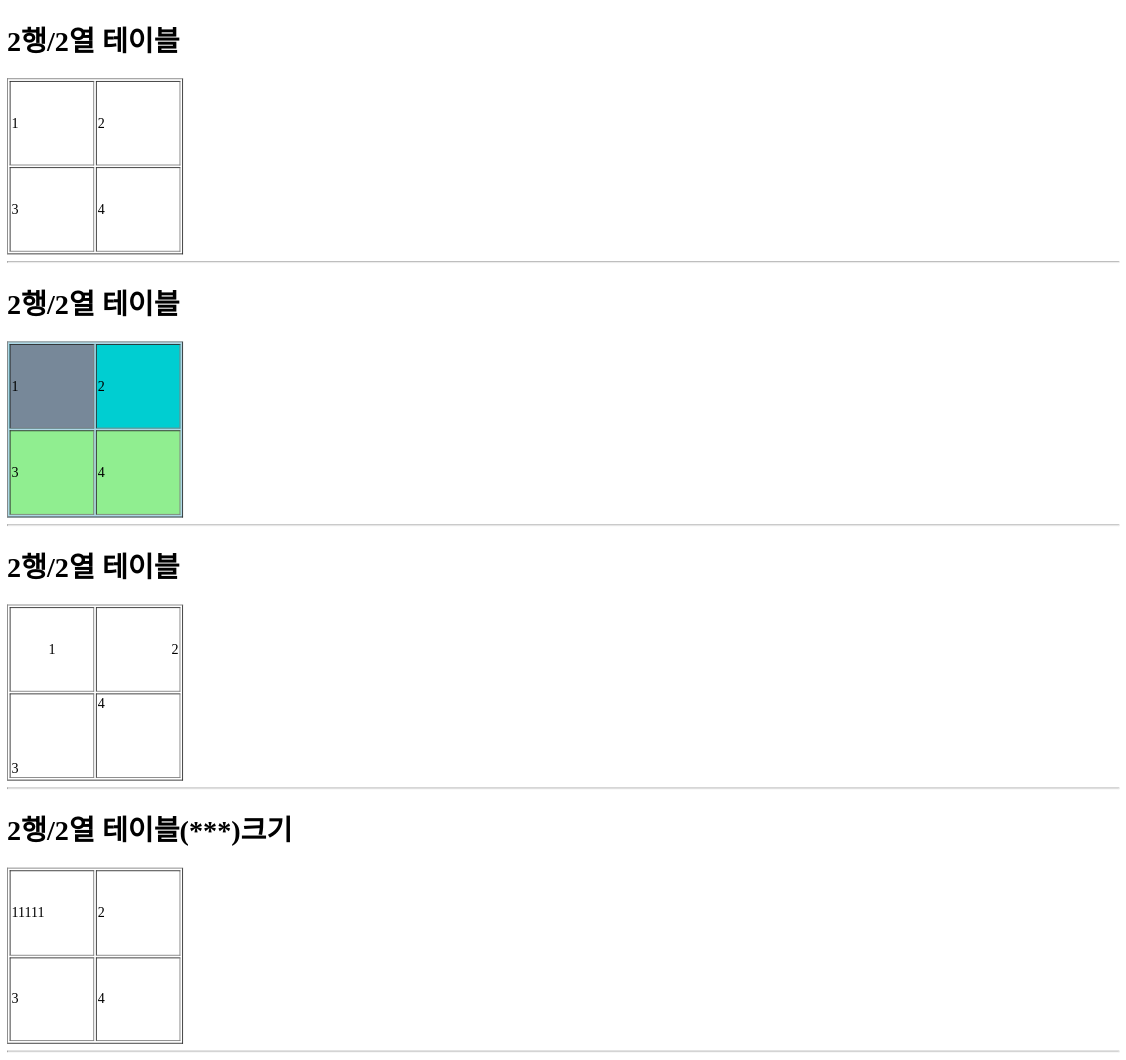
Repository: dnjs0/HCJ
Page: ClientTest/src/main/webapp/ex15_table.html
The author's editor kept a copy of each file at every save. The page is drawn from the files as they stood at one save, then again after the next save.
The browser window is 1280 px wide. The pictures show the whole page, at 88% of full size.

Above is the page before, as saved 2025-02-11 07:16:09.

### ClientTest/src/main/webapp/ex15_table.html
<!DOCTYPE html>
<html lang="ko">
<head>
	<meta charset="UTF-8">
	<title>Insert title here</title>
</head>
<body>
    <!-- ex15_table.html -->
    <!--

        표, 테이블
        1. 표를 만들기 위해서 사용
        2. 레이아웃을 만들기 위해서 사용(지금은 사용 잘 안함)

        테이블 구성요소
        1. <table>
            - 가장 큰 상자
            - 테이블 전체 컨테이너
        2. <tr>
            - 중간 긴 상자
            - table row, 테이블 행 역할
        3. <td>
            - 가장 작은 상자
            - table data, 테이블 셀 역할

     -->
     <h1>2행/2열 테이블</h1>

     <table border="1" width="200" height="200">

        <tr>
            <td>1</td>
            <td>2</td>
        </tr>

        <tr>
            <td>3</td>
            <td>4</td>
        </tr>

     </table>

     <hr>


     <h1>2행/2열 테이블</h1>

     <table border="1" width="200" height="200" bgcolor = "lightblue">

        <tr bgcolor ="Darkturquoise">
            <td bgcolor="Lightslategray">1</td>
            <td>2</td>
        </tr>

        <tr bgcolor="Lightgreen">
            <td>3</td>
            <td>4</td>
        </tr>

     </table>


     <hr>

     <h1>2행/2열 테이블</h1>

     <table border="1" width="200" height="200">

        <tr>
            <td align="center">1</td>
            <td align="right">2</td>
        </tr>

        <tr>
            <td valign="bottom">3</td>
            <td valign="top">4</td>
        </tr>

     </table>

     <hr>

     <h1>2행/2열 테이블(***)크기</h1>

     <table border="1" width="200" height="200">

        <tr>
            <td width=50% height=50%>11111</td>
            <td>2</td>
        </tr>

        <tr>
            <td>3</td>
            <td>4</td>
        </tr>

     </table>

     <hr>



</body>
</html>

After the next save:
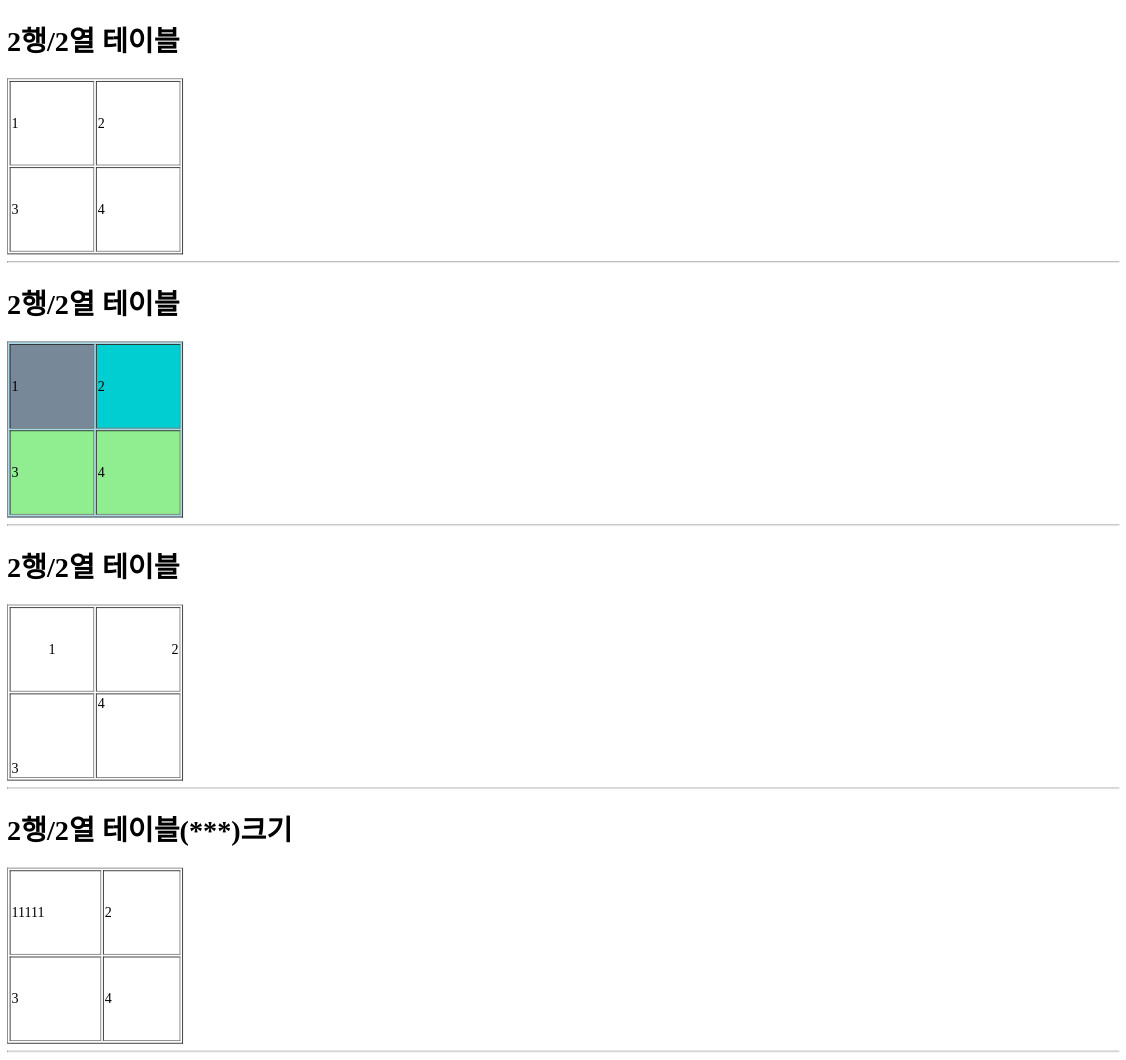
Saved 5 s later.
--- a/ClientTest/src/main/webapp/ex15_table.html
+++ b/ClientTest/src/main/webapp/ex15_table.html
@@ -85,7 +85,7 @@
      <table border="1" width="200" height="200">
 
         <tr>
-            <td width=50% height=50%>11111</td>
+            <td width=100>11111</td>
             <td>2</td>
         </tr>
 
